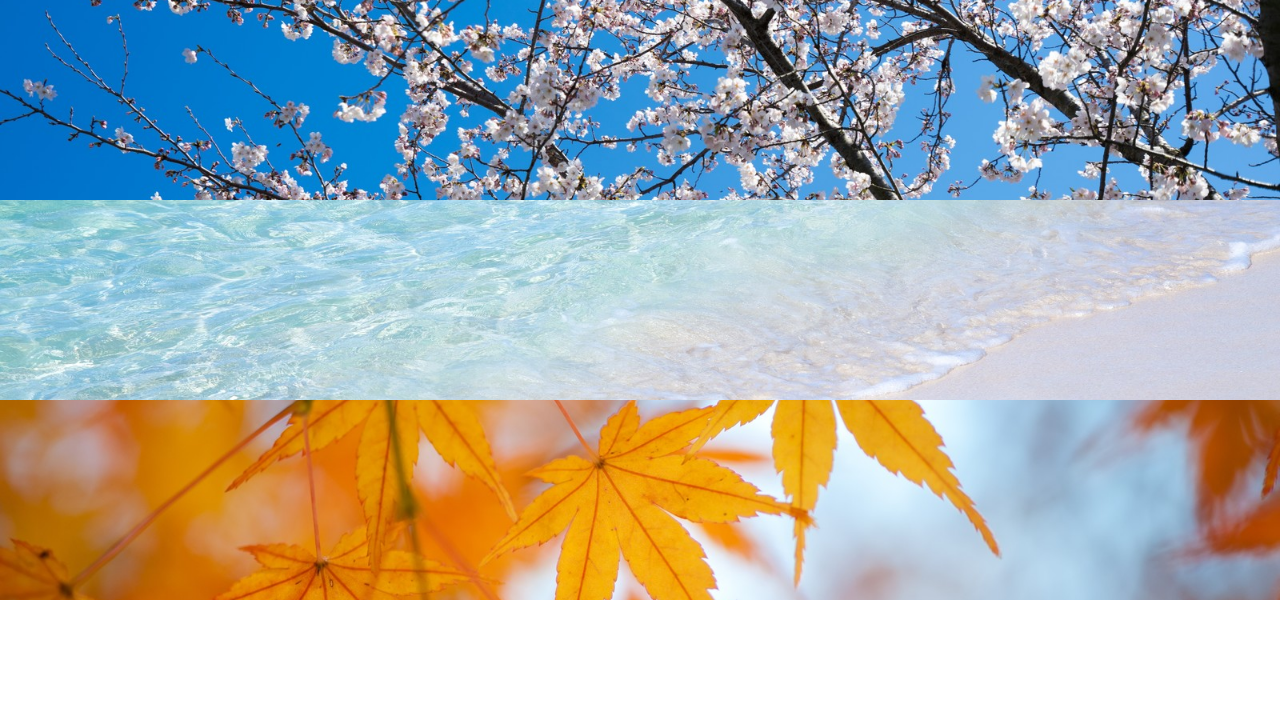
Repository: pooh0721/-
Page: sample6/chapter6.html
The author's editor kept a record of every edit. The page is drawn from the files as they stood at one moment, then again after the next edit.
The browser window is 1280 px wide. The pictures show the whole page.

Above is the page before.

### sample6/chapter6.html

<!DOCTYPE html>
<html lang="ja">
  <head>
    <meta charset="utf-8" />
    <link rel="stylesheet" href="style.css" />
    <title>chapte6</title>
  </head>

  <body>

      <div class=img1></div>
      <div class=img2></div>
      <div class=img3></div>
      <div class=img4></div>


  </body>
</html>

### sample6/style.css
/* ブラウザがそれぞれ持っているCSSをリセットするための記述 */
* {
  margin: 0;
  padding: 0;
  box-sizing: border-box;
}

.img1 {
  width: 100%;
  height: 200px;
  background-image: url(img/box1.jpg);
  background-size: cover;
  background-position: center;

}

.img2 {
  width: 100%;
  height: 200px;
  background-image: url(img/box2.jpg);
  background-size: cover;
  background-position: center;

}

.img3 {
  width: 100%;
  height: 200px;
  background-image: url(img/box3.jpg);
  background-size: cover;
  background-position: center;

}

After the next edit:
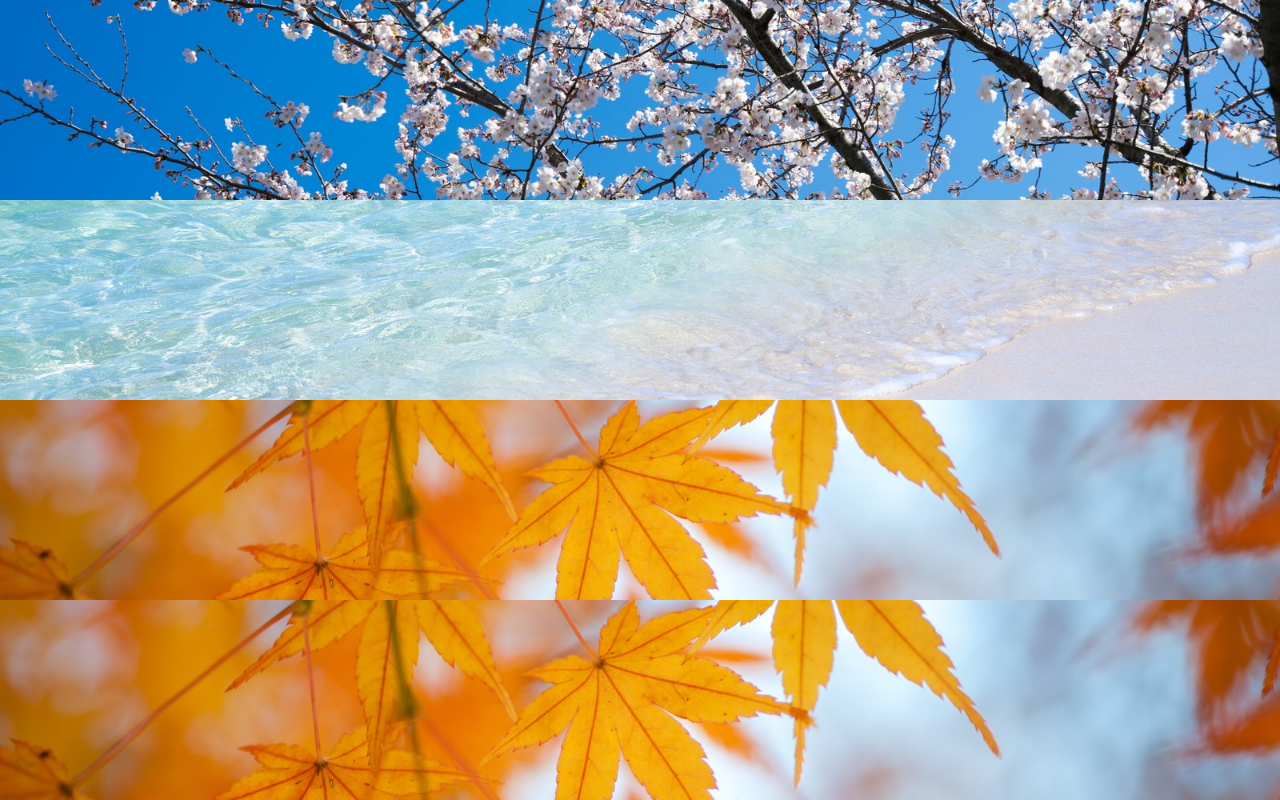
The edit:
--- a/sample6/style.css
+++ b/sample6/style.css
@@ -31,3 +31,11 @@
   background-position: center;
 
 }
+.img4 {
+  width: 100%;
+  height: 200px;
+  background-image: url(img/box3.jpg);
+  background-size: cover;
+  background-position: center;
+
+}
